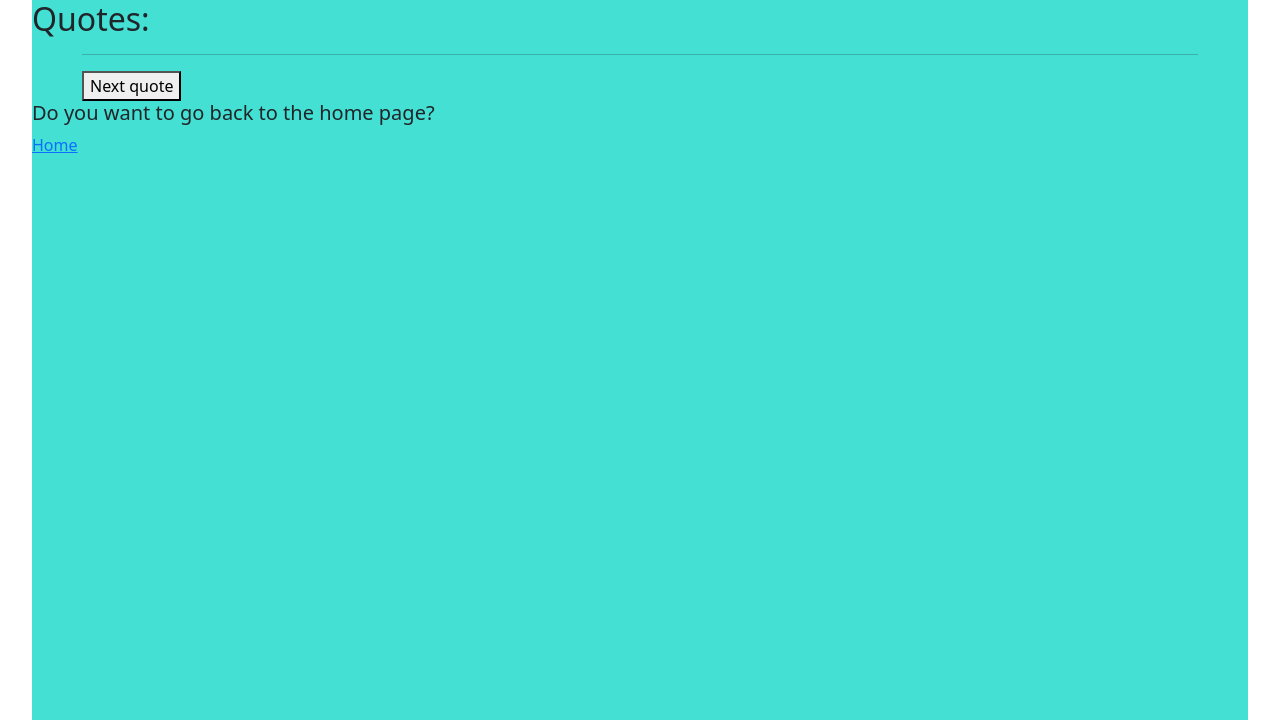
Repository: collegedude9300/zenstationnext
Page: /Quotes
The author's editor kept a copy of each file at every save. The page is drawn from the files as they stood at one save, then again after the next save.
The browser window is 1280 px wide. The pictures show the whole page.
The page's requests for data from a server got no answer. The project was rebuilt for these pictures with package versions that can differ from the ones it lists, and the page was loaded fresh each time. The framework's server and built-in components were replaced by stand-ins that run in the browser. No one was signed in, and anything a server would have sent is missing. Also part of the build but not shown: next.config.js.

Above is the page before, as saved 2022-10-18 08:05:52.

### pages/Quotes.js
import Head from 'next/head'
import Image from 'next/image'
import styles from '../styles/Home.module.css'
import 'bootstrap/dist/css/bootstrap.css'
import Link from 'next/link'
export default function Quotes()
{
  const getNewQuote = async () =>
  {
        //api for quotes
        var url="https://buddha-api.com/api/random";
        // fetch the data from api
        const response=await fetch(url);
console.log(typeof response);
//convert response to json and store it in quotes array
const allQuotes = await response.json();

// Generates a random number between 0 and the length of the quotes array
const indx = Math.floor(Math.random()*allQuotes.length);

//Store the quote present at the randomly generated index
const quote=allQuotes[indx].text;

//Store the author of the respective quote
const auth=allQuotes[indx].author;

if(auth==null)
{
    author = "Anonymous";
}
//function to dynamically display the quote and the author
text.innerHTML=quote;
author.innerHTML="~ "+auth;
  }
getNewQuote();
return (
    <div className={styles.container}>
      <Head>
        <title>About</title>
        <meta name="description" content="Generated by create next app" />
        <link rel="icon" href="/favicon.ico" />
      </Head>
      <main className={styles.pages}>
      <h2> Quotes: </h2>

        <div class="container">
            <h1>
            <i class="fas fa-quote-left"></i>
            <span class="quote" id="quote"></span>
            <i class="fas fa-quote-right"></i>
            </h1>
            <p class="author" id="author"></p>
            <hr/>
            <div class="buttons">
                <button class="next" onclick="getNewQuote()">Next quote</button>
            </div>
        </div>
<div/>
<h5>Do you want to go back to the home page?</h5>
<Link href="/">
<a>Home</a>
</Link>
</main>
</div>
)}

### styles/Home.module.css
.container {
  padding: 0 2rem;
}
.pages{
  background-color: #43e0d3;
  min-height: 100vh;
}
.errorMessage {

  color: red;
  font-size: 20px ;

}
.successMessage {

  color: green;
  font-size: 30px;
  display:none;
  margin-bottom:20px;
}

.main {
  min-height: 100vh;
  padding: 4rem 0;
  flex: 1;
  display: flex;
  flex-direction: column;
  justify-content: center;
  align-items: center;
}
.aboutBio {

  margin: 0;
  line-height: 1.15;
  font-size: 4rem;
  text-align: center;
}
.footer {
  display: flex;
  flex: 1;
  padding: 2rem 0;
  border-top: 1px solid #eaeaea;
  justify-content: center;
  align-items: center;
}

.footer a {
  display: flex;
  justify-content: center;
  align-items: center;
  flex-grow: 1;
}

.title a {
  color: #0070f3;
  text-decoration: none;
}

.title a:hover,
.title a:focus,
.title a:active {
  text-decoration: underline;
}

.title {
  margin: 0;
  line-height: 1.15;
  font-size: 4rem;
}

.title,
.description {
  text-align: center;
}

.description {
  margin: 4rem 0;
  line-height: 1.5;
  font-size: 1.5rem;
}

.code {
  background: #fafafa;
  border-radius: 5px;
  padding: 0.75rem;
  font-size: 1.1rem;
  font-family: Menlo, Monaco, Lucida Console, Liberation Mono, DejaVu Sans Mono,
    Bitstream Vera Sans Mono, Courier New, monospace;
}

.grid {
  display: flex;
  align-items: center;
  justify-content: center;
  flex-wrap: wrap;
  max-width: 800px;
}

.card {
  margin: 1rem;
  padding: 1.5rem;
  text-align: left;
  color: inherit;
  text-decoration: none;
  border: 1px solid #eaeaea;
  border-radius: 10px;
  transition: color 0.15s ease, border-color 0.15s ease;
  max-width: 300px;
}

.card:hover,
.card:focus,
.card:active {
  color: #0070f3;
  border-color: #0070f3;
}

.card h2 {
  margin: 0 0 1rem 0;
  font-size: 1.5rem;
}

.card p {
  margin: 0;
  font-size: 1.25rem;
  line-height: 1.5;
}

.logo {
  height: 1em;
  margin-left: 0.5rem;
}

@media (max-width: 600px) {
  .grid {
    width: 100%;
    flex-direction: column;
  }
}

@media (prefers-color-scheme: dark) {
  .card,
  .footer {
    border-color: #222;
  }
  .code {
    background: #111;
  }
  .logo img {
    filter: invert(1);
  }
}

Loaded but not shown: pages/_app.js (common file); styles/globals.css (common file)

After the next save:
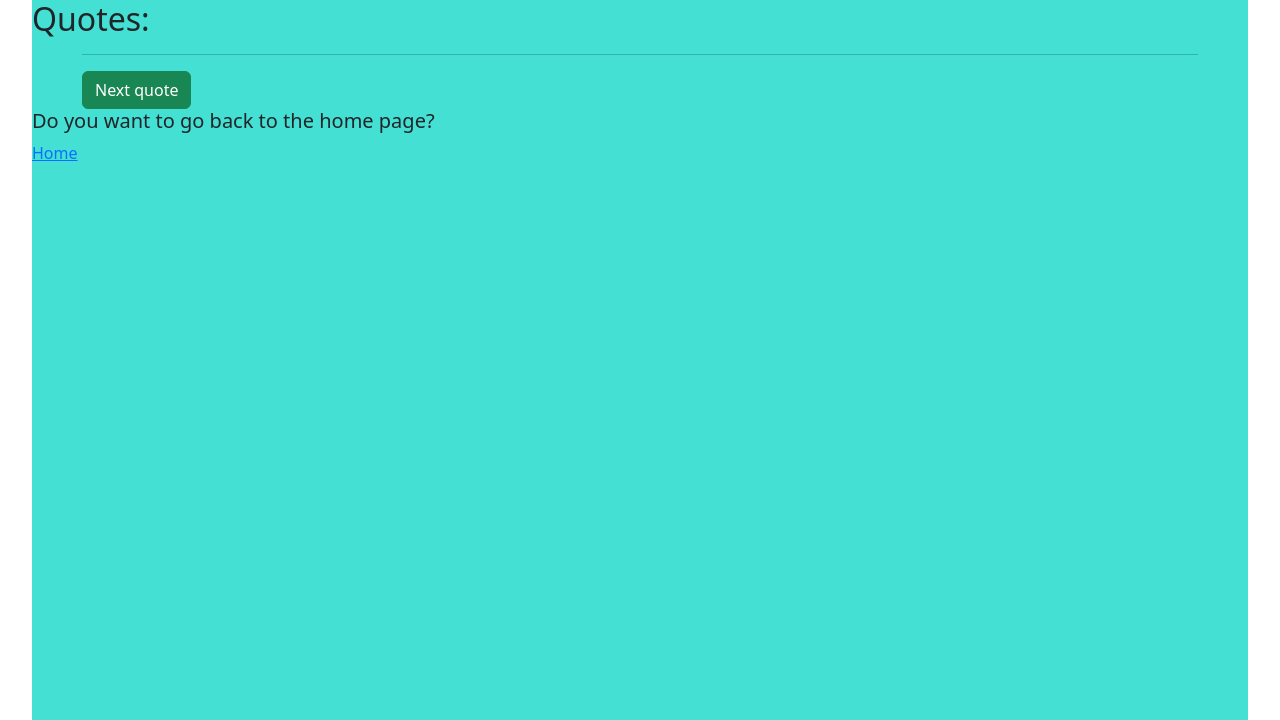
Saved 102 s later.
--- a/pages/Quotes.js
+++ b/pages/Quotes.js
@@ -52,7 +52,7 @@ return (
             <p class="author" id="author"></p>
             <hr/>
             <div class="buttons">
-                <button class="next" onclick="getNewQuote()">Next quote</button>
+                <button class="btn btn-success" onclick="getNewQuote()">Next quote</button>
             </div>
         </div>
 <div/>
